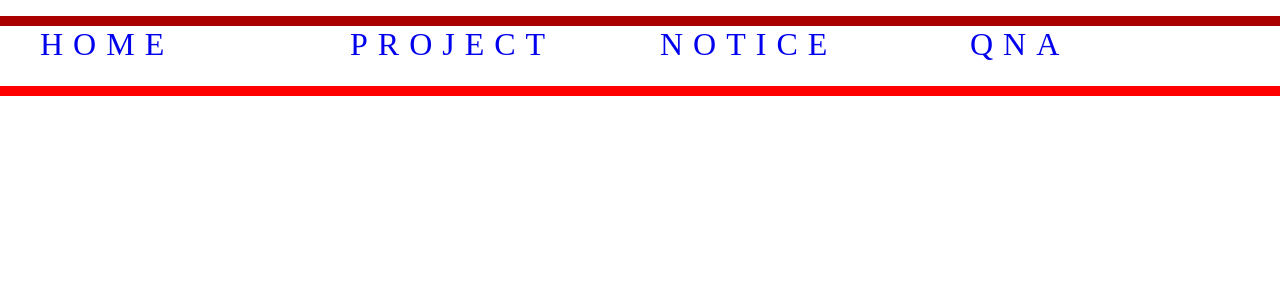
Repository: solsol7/ddit-html
Page: webpro/WebContent/0629/리스트스타일메뉴.html
The author's editor kept a copy of each file at every save. The page is drawn from the files as they stood at one save, then again after the next save.
The browser window is 1280 px wide. The pictures show the whole page.

Above is the page before, as saved 2023-06-29 08:32:53.

### webpro/WebContent/0629/리스트스타일메뉴.html
<!DOCTYPE html>
<html>
<head>
<meta charset="UTF-8">
<title>Insert title here</title>
<style>
body, html{
  margin : 0px;
  padding : 0px;
}
body *{
  box-sizing : border-box;
}
ul{
  list-style-type: none;
  border : 10px inset red;
  border-left : none;
  border-right : none;
  height : 80px;
}
ul li{
  width : 25%;
  float : left;
}
ul li a{
  text-decoration: none;
  font-size : 2.0rem;
  letter-spacing: 10px;
}
</style>
</head>
<body>
<ul>
  <li><a href="#">HOME</a></li>
<!--   # => 페이지 이동이 없다 -->
  <li><a href="#">PROJECT</a></li>
  <li><a href="#">NOTICE</a></li>
  <li><a href="#">QNA</a></li>
</ul>
</body>
</html>

After the next save:
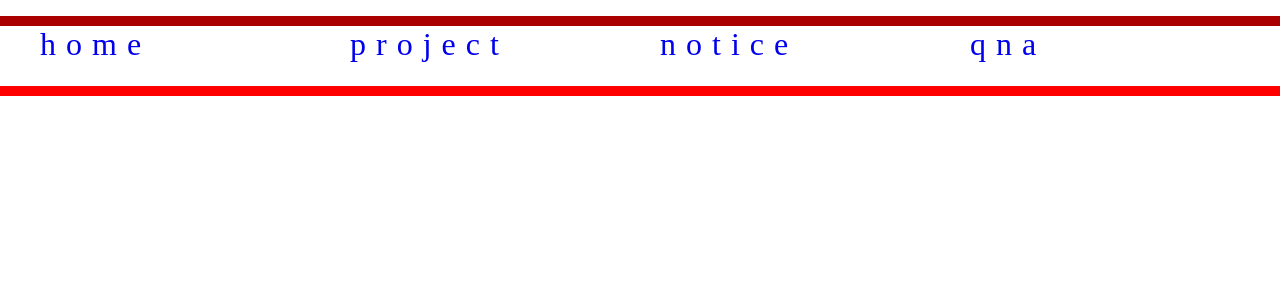
Saved 92 s later.
--- a/webpro/WebContent/0629/리스트스타일메뉴.html
+++ b/webpro/WebContent/0629/리스트스타일메뉴.html
@@ -26,6 +26,7 @@
   text-decoration: none;
   font-size : 2.0rem;
   letter-spacing: 10px;
+  text-transform: lowercase;
 }
 </style>
 </head>

After the save that followed:
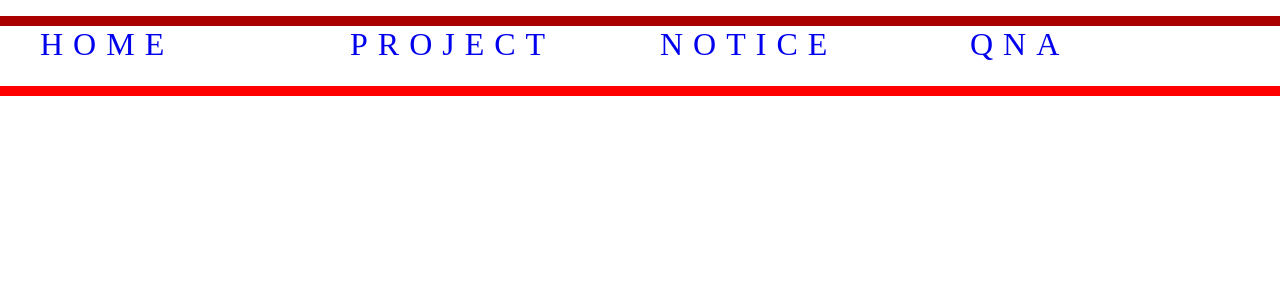
Saved 62 s later.
--- a/webpro/WebContent/0629/리스트스타일메뉴.html
+++ b/webpro/WebContent/0629/리스트스타일메뉴.html
@@ -26,7 +26,7 @@
   text-decoration: none;
   font-size : 2.0rem;
   letter-spacing: 10px;
-  text-transform: lowercase;
+  text-transform: capitalize; /*lowercase;*/
 }
 </style>
 </head>
